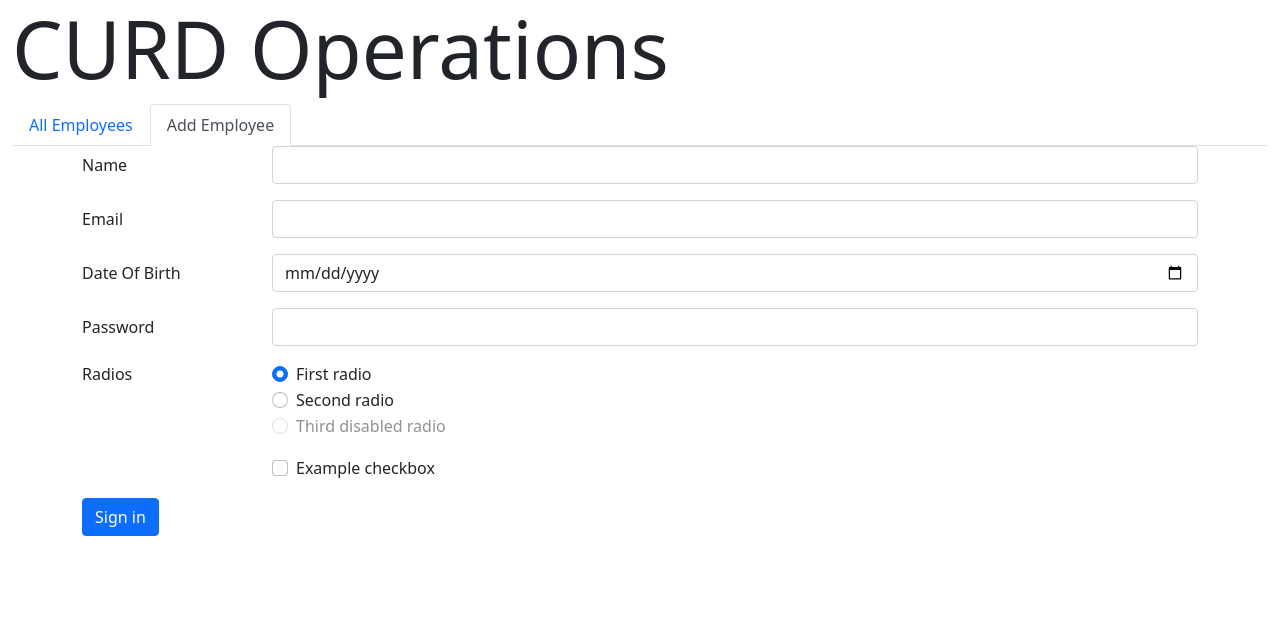
Repository: code8sam/SpringAndSpringBoot
Page: http://localhost/curdoperationsusingmvc/WEB-INF/views/insertEmployeeForm.jsp
The author's editor kept a copy of each file at every save. The page is drawn from the files as they stood at one save, then again after the next save.
The browser window is 1280 px wide. The pictures show the whole page.
The page is served by Tomcat 9. Nobody is signed in. The template is opened directly, without the code that normally fills it, so the values that code supplies are empty.

Above is the page before, as saved 2022-04-08 11:58:30.

After the next save:
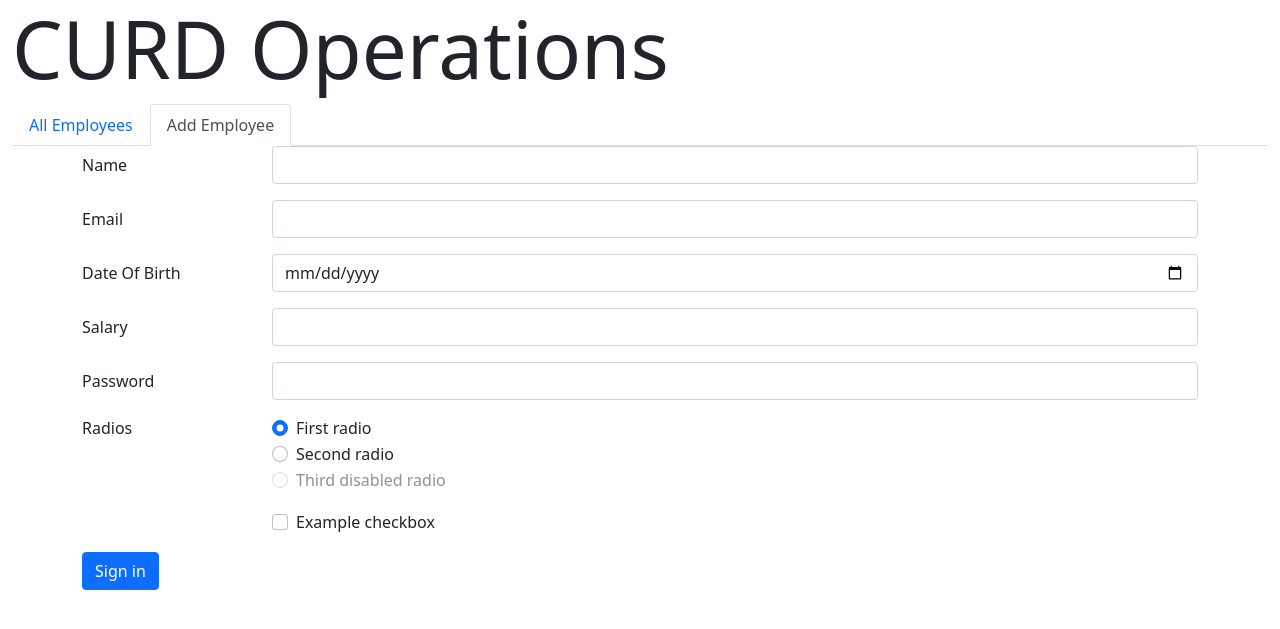
Saved 29 s later.
--- a/springs/HESE7/curdoperationsusingmvc/src/main/webapp/WEB-INF/views/insertEmployeeForm.jsp
+++ b/springs/HESE7/curdoperationsusingmvc/src/main/webapp/WEB-INF/views/insertEmployeeForm.jsp
@@ -46,6 +46,12 @@
 		      <input type="date" class="form-control" id="inputPassword3" name="dob">
 		    </div>
 		  </div>
+		   <div class="row mb-3">
+		    <label for="inputPassword3" class="col-sm-2 col-form-label">Salary</label>
+		    <div class="col-sm-10">
+		      <input type="text" class="form-control" id="inputPassword3">
+		    </div>
+		  </div>
 		  <div class="row mb-3">
 		    <label for="inputPassword3" class="col-sm-2 col-form-label">Password</label>
 		    <div class="col-sm-10">
